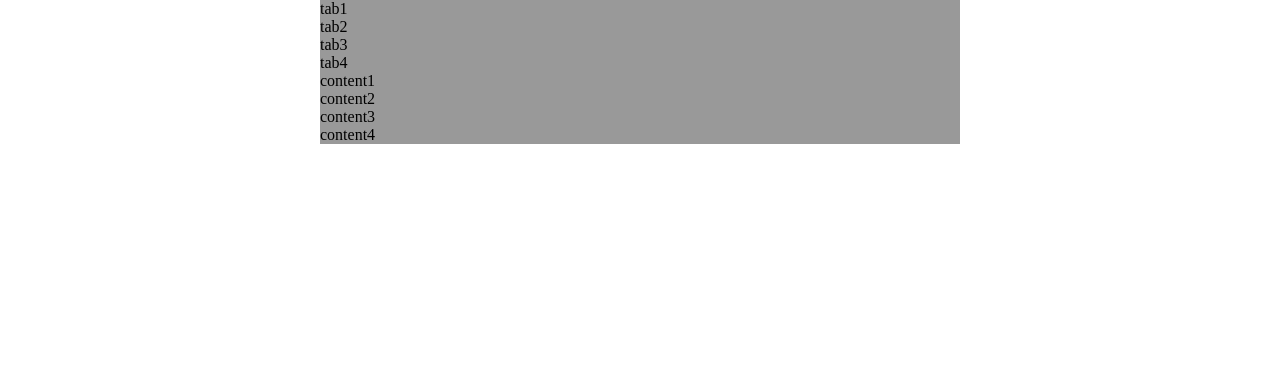
Repository: PCTai/javascript-coban
Page: tab UI/index.html
The author's editor kept a copy of each file at every save. The page is drawn from the files as they stood at one save, then again after a run of saves.
The browser window is 1280 px wide. The pictures show the whole page.

Above is the page before, as saved 2022-02-09 16:44:52.

### tab UI/index.html
<!DOCTYPE html>
<html lang="en">
<head>
    <meta charset="UTF-8">
    <meta http-equiv="X-UA-Compatible" content="IE=edge">
    <meta name="viewport" content="width=device-width, initial-scale=1.0">
    <title>Document</title>
    <link rel="stylesheet" href="./style.css">
</head>
<body>
    <div class="container">
        <div class="tab">
            <div class="tab-item">tab1</div>
            <div class="tab-item">tab2</div>
            <div class="tab-item">tab3</div>
            <div class="tab-item">tab4</div>
            <div class="tab-line"></div>
        </div>
        <div class="box">
            <div class="box-item">content1</div>
            <div class="box-item">content2</div>
            <div class="box-item">content3</div>
            <div class="box-item">content4</div>
        </div>

    </div>


    <script src="./app.js"></script>
</body>
</html>

### tab UI/style.css
*{
    margin: 0;
    border: 0;
    padding: 0;
}
.container{
    width: 50%;
    margin: auto;
    background-color: #999;
}

Loaded but not shown: tab UI/app.js (no stored copy; drawn as an empty file)

After the next 2 saves:
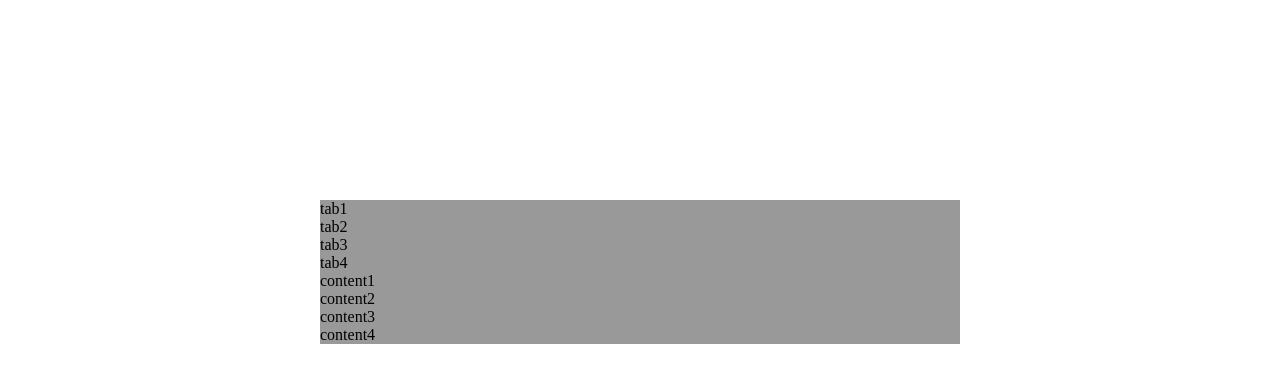
The 2 saves are shown as one change because they came seconds apart.
The last was saved 27 s later.
--- a/tab UI/style.css
+++ b/tab UI/style.css
@@ -7,4 +7,8 @@
     width: 50%;
     margin: auto;
     background-color: #999;
+    margin-top: 200px;
 }
+.tab{
+
+}
